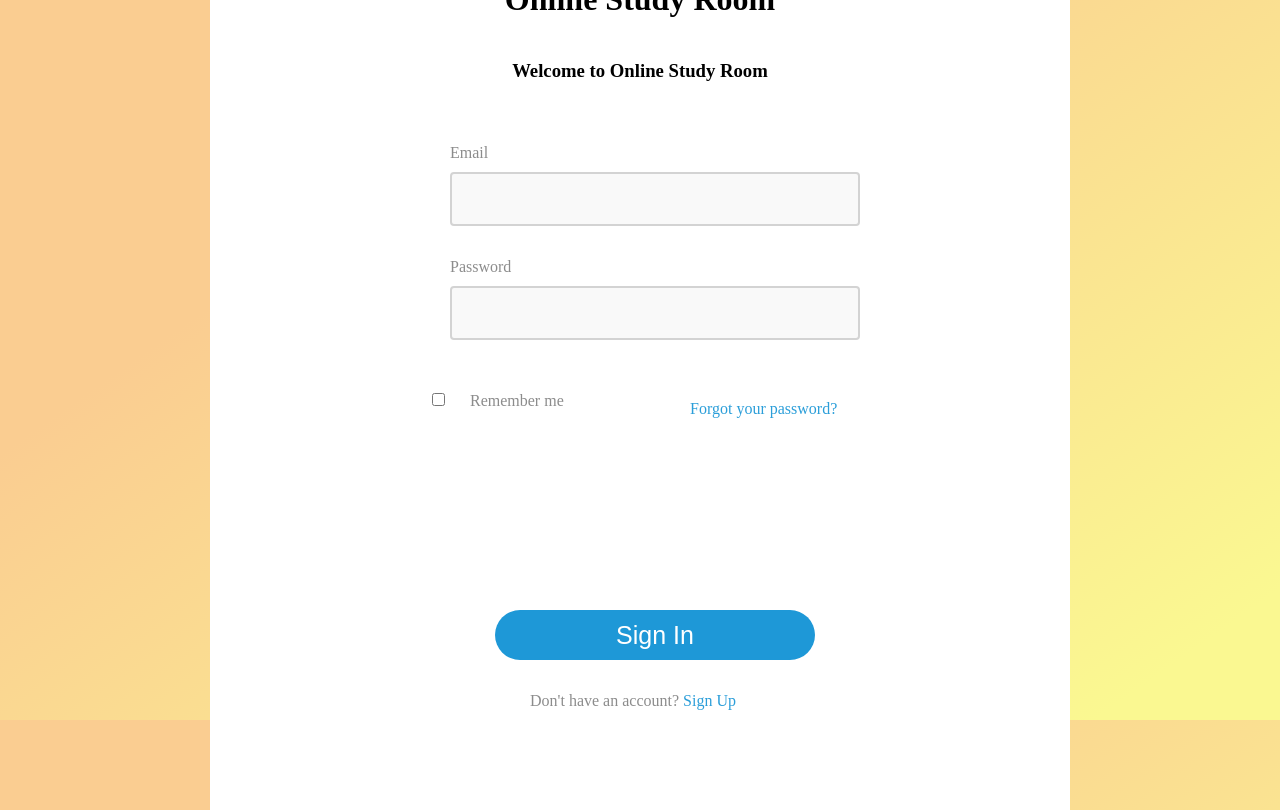
Repository: Team-Extrememe/Online-Study-Room
Page: login.html
These files come from the project's save history. The page is drawn as it stood at one moment and after the next save; the edit follows.
The browser window is 1280 px wide. The pictures show the whole page.

Above is the page before, as saved 2021-10-18 13:42:48.

After the next save:
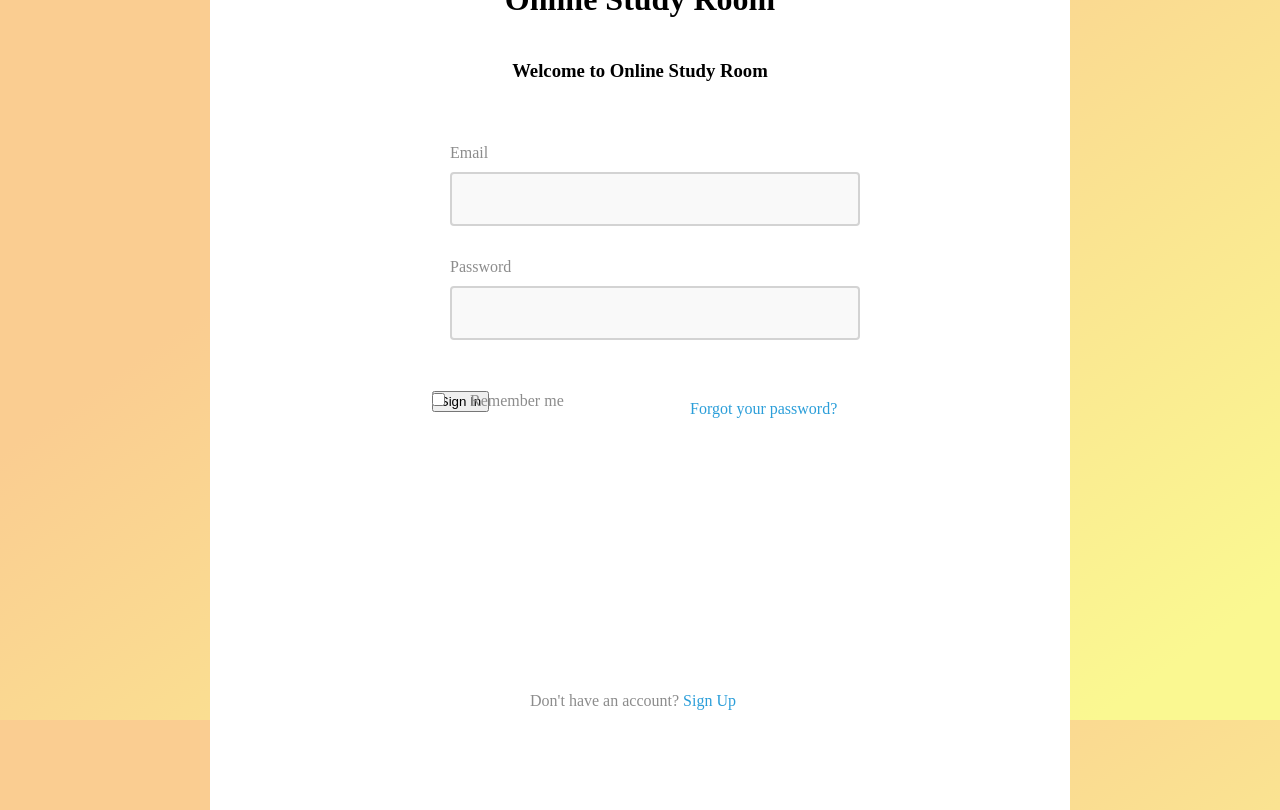
Saved 16 s later.
--- a/login.html
+++ b/login.html
@@ -29,7 +29,7 @@
             <div class="forgot">
                 <a href="#">Forgot your password?</a>
             </div>
-            <input class="signin" type="button" value="Sign In" formaction="profile.html">
+            <input class="signin" type="submit" value="Sign In" formaction="profile.html">
             <div class="signup_link">
                 Don't have an account? <a href="#">Sign Up</a>
             </div>

After the save that followed:
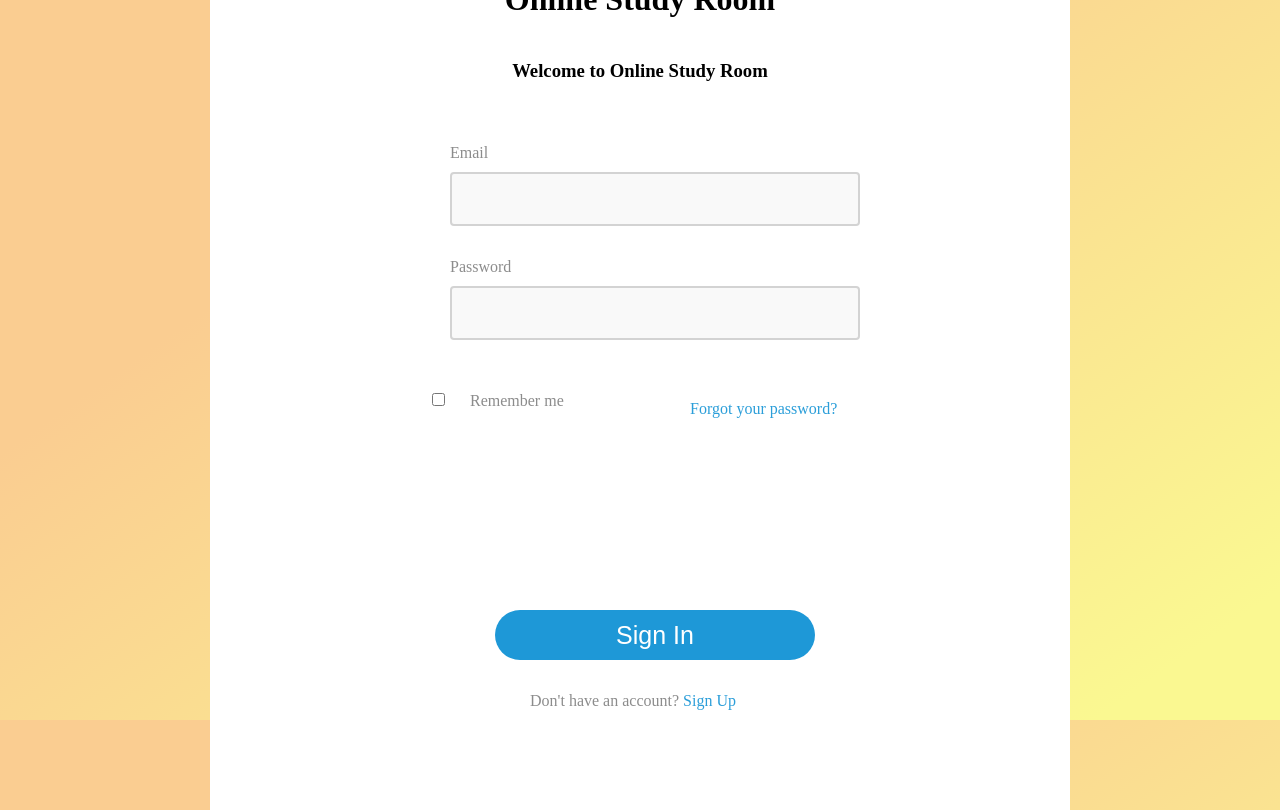
Saved 8 s later.
--- a/css/style.css
+++ b/css/style.css
@@ -98,7 +98,7 @@ form .txt_field{
     color: rgb(43, 158, 217);
 }
 
-input[type="button"]{
+input[type="submit"]{
     border-width: 0px;
     position: absolute;
     left: 285px;
@@ -117,7 +117,7 @@ input[type="button"]{
     cursor: pointer;
 }
 
-input[type="button"]:hover{
+input[type="submit"]:hover{
     background-color: rgba(30, 132, 207, 1);
 }
 
